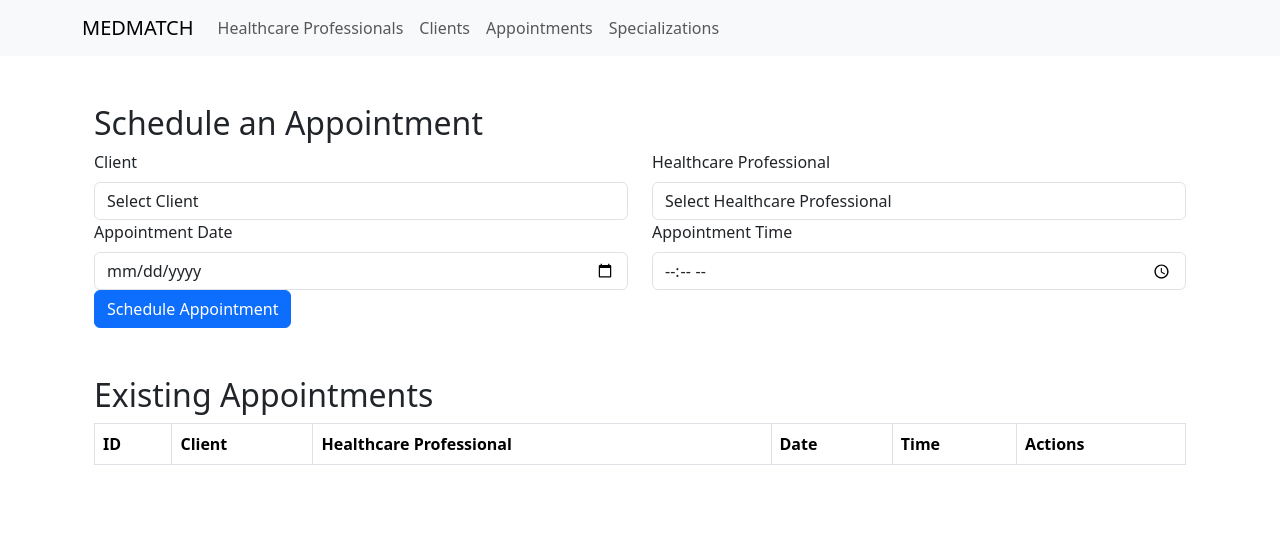
Repository: fahma20/medmatch-platform
Page: /appointments (app in client/)
These files come from the project's save history. The page is drawn as it stood at one moment and after the next save; the edit follows.
The browser window is 1280 px wide. The pictures show the whole page.
The page's requests for data from a server got no answer. The project was rebuilt for these pictures with package versions that can differ from the ones it lists, and the page was loaded fresh each time. No one was signed in, and anything a server would have sent is missing. Also part of the build but not shown: client/src/components/Healthcareprofessionals.js, client/src/components/Specializations.js, client/src/components/Clients.js, client/src/components/Homepage.js.

Above is the page before, as saved 2025-02-01 16:30:44.

### client/src/index.js
import React from "react";
import ReactDOM from "react-dom";
import App from './components/App';  // Correct path to the App component


ReactDOM.render(
  <React.StrictMode>
    <App />
  </React.StrictMode>,
  document.getElementById("root")
);

### client/src/components/App.js
import React from 'react';
import { BrowserRouter as Router, Routes, Route } from 'react-router-dom';
import 'bootstrap/dist/css/bootstrap.min.css';

import HealthcareProfessionals from './Healthcareprofessionals'; // Ensure the correct name and casing
import Specializations from './Specializations';
import Appointments from './Appointments';
import Clients from './Clients';
import Navbar from './Navbar';
import HomePage from './Homepage'; // Corrected import to HomePage

const App = () => {
  return (
    <Router>
      <Navbar /> {/* Your Navbar component */}
      <div className="container mt-5">
        <Routes>
          {/* Add HomePage as the route for the root path */}
          <Route path="/" element={<HomePage />} /> {/* Home Page */}
          <Route path="/clients" element={<Clients />} />
          <Route path="/appointments" element={<Appointments />} />
          <Route path="/specializations" element={<Specializations />} />
          <Route path="/healthcare-professionals" element={<HealthcareProfessionals />} /> {/* Healthcare Professionals Page */}
        </Routes>
      </div>
    </Router>
  );
};

export default App;

### client/src/components/Appointments.js

/*
import React, { useState, useEffect } from 'react';
import { Formik, Field, Form, ErrorMessage } from 'formik';
import * as Yup from 'yup';

const Appointments = () => {
  const [appointments, setAppointments] = useState([]);

  // Fetch appointments
  useEffect(() => {
    const fetchAppointments = async () => {
      try {
        const response = await fetch('http://127.0.0.1:5000/api/appointments');
        const data = await response.json();
        setAppointments(data);
      } catch (error) {
        console.error('Error fetching appointments:', error);
      }
    };
    fetchAppointments();
  }, []);

  // Validation schema for creating/editing appointment
  const validationSchema = Yup.object({
    clientId: Yup.number().required('Client ID is required'),
    doctorId: Yup.number().required('Doctor ID is required'),
    appointmentDate: Yup.date().required('Appointment date is required'),
  });

  // Handle form submission (create new appointment)
  const handleSubmit = async (values, { resetForm }) => {
    try {
      const response = await fetch('http://127.0.0.1:5000/api/appointments', {
        method: 'POST',
        headers: {
          'Content-Type': 'application/json',
        },
        body: JSON.stringify(values),
      });

      if (!response.ok) {
        console.error('Error adding appointment:', response);
        return;
      }

      const newAppointment = await response.json();
      setAppointments((prevAppointments) => [...prevAppointments, newAppointment]);
      resetForm();
    } catch (error) {
      console.error('Error adding appointment:', error);
    }
  };

  // Handle deleting an appointment
  const handleDelete = async (id) => {
    try {
      const response = await fetch(`http://127.0.0.1:5000/api/appointments/${id}`, {
        method: 'DELETE',
      });

      if (!response.ok) {
        console.error('Error deleting appointment:', response);
        return;
      }

      setAppointments((prevAppointments) =>
        prevAppointments.filter((appointment) => appointment.id !== id)
      );
    } catch (error) {
      console.error('Error deleting appointment:', error);
    }
  };

  return (
    <div>
      <h2>Appointments</h2>

      <Formik
        initialValues={{
          clientId: '',
          doctorId: '',
          appointmentDate: '',
        }}
        validationSchema={validationSchema}
        onSubmit={handleSubmit}
      >
        <Form>
          <div className="form-group">
            <label htmlFor="clientId">Client ID</label>
            <Field
              type="number"
              id="clientId"
              name="clientId"
              className="form-control"
            />
            <ErrorMessage name="clientId" component="div" className="text-danger" />
          </div>

          <div className="form-group">
            <label htmlFor="doctorId">Doctor ID</label>
            <Field
              type="number"
              id="doctorId"
              name="doctorId"
              className="form-control"
            />
            <ErrorMessage name="doctorId" component="div" className="text-danger" />
          </div>

          <div className="form-group">
            <label htmlFor="appointmentDate">Appointment Date</label>
            <Field
              type="date"
              id="appointmentDate"
              name="appointmentDate"
              className="form-control"
            />
            <ErrorMessage name="appointmentDate" component="div" className="text-danger" />
          </div>

          <button type="submit" className="btn btn-primary">Add Appointment</button>
        </Form>
      </Formik>

      <div className="mt-4">
        <h3>Appointments List</h3>
        {appointments.length === 0 ? (
          <p>No appointments available.</p>
        ) : (
          appointments.map((appointment) => (
            <div key={appointment.id} className="card mb-3">
              <div className="card-body">
                <h5 className="card-title">Appointment ID: {appointment.id}</h5>
                <p className="card-text">
                  <strong>Client ID:</strong> {appointment.clientId}
                </p>
                <p className="card-text">
                  <strong>Doctor ID:</strong> {appointment.doctorId}
                </p>
                <p className="card-text">
                  <strong>Date:</strong> {new Date(appointment.appointmentDate).toLocaleDateString()}
                </p>
                <button
                  className="btn btn-danger"
                  onClick={() => handleDelete(appointment.id)}
                >
                  Delete
                </button>
              </div>
            </div>
          ))
        )}
      </div>
    </div>
  );
};

export default Appointments;
*/


import React, { useState, useEffect } from 'react';
import { Container, Row, Col, Form, Button, Table } from 'react-bootstrap';

const Appointments = () => {
  const [appointments, setAppointments] = useState([]);
  const [clients, setClients] = useState([]);
  const [healthcareProfessionals, setHealthcareProfessionals] = useState([]);
  const [formData, setFormData] = useState({
    client_id: '',
    healthcare_professional_id: '',
    date: '',
    time: '',
  });

  useEffect(() => {
    fetchAppointments();
    fetchClients();
    fetchHealthcareProfessionals();
  }, []);

  const fetchAppointments = async () => {
    try {
      const response = await fetch('http://127.0.0.1:5000/api/appointments');
      const data = await response.json();
      setAppointments(data);
    } catch (error) {
      console.error('Error fetching appointments', error);
    }
  };

  const fetchClients = async () => {
    try {
      const response = await fetch('http://127.0.0.1:5000/api/clients');
      const data = await response.json();
      setClients(data);
    } catch (error) {
      console.error('Error fetching clients', error);
    }
  };

  const fetchHealthcareProfessionals = async () => {
    try {
      const response = await fetch('http://127.0.0.1:5000/api/healthcare_professionals');
      const data = await response.json();
      setHealthcareProfessionals(data);
    } catch (error) {
      console.error('Error fetching healthcare professionals', error);
    }
  };

  // Converts 24-hour time to 12-hour AM/PM format
  const convertTo12HourFormat = (time) => {
    const [hours, minutes] = time.split(':');
    let hoursInt = parseInt(hours, 10);
    const ampm = hoursInt >= 12 ? 'PM' : 'AM';
    hoursInt = hoursInt % 12;
    hoursInt = hoursInt ? hoursInt : 12; // the hour '0' should be '12'
    return `${hoursInt}:${minutes} ${ampm}`;
  };

  const handleInputChange = (e) => {
    const { name, value } = e.target;
    setFormData({ ...formData, [name]: value });
  };

  const handleSubmit = async (e) => {
    e.preventDefault();

    // Convert the time to 12-hour format with AM/PM
    const formattedTime = convertTo12HourFormat(formData.time);

    const newAppointment = {
      ...formData,
      time: formattedTime,
    };

    try {
      const response = await fetch('http://127.0.0.1:5000/api/appointments', {
        method: 'POST',
        headers: {
          'Content-Type': 'application/json',
        },
        body: JSON.stringify(newAppointment),
      });

      if (response.ok) {
        // Re-fetch the list of appointments
        fetchAppointments();
        setFormData({ client_id: '', healthcare_professional_id: '', date: '', time: '' });
      } else {
        console.error('Error creating appointment');
      }
    } catch (error) {
      console.error('Error creating appointment', error);
    }
  };

  const handleDelete = async (id) => {
    try {
      const response = await fetch(`http://127.0.0.1:5000/api/appointments/${id}`, {
        method: 'DELETE',
      });

      if (response.ok) {
        fetchAppointments();
      } else {
        console.error('Error deleting appointment');
      }
    } catch (error) {
      console.error('Error deleting appointment', error);
    }
  };

  return (
    <Container>
      <h2 className="mt-4">Schedule an Appointment</h2>

      <Form onSubmit={handleSubmit}>
        <Row>
          <Col>
            <Form.Group controlId="client_id">
              <Form.Label>Client</Form.Label>
              <Form.Control
                as="select"
                name="client_id"
                value={formData.client_id}
                onChange={handleInputChange}
                required
              >
                <option value="">Select Client</option>
                {clients.map((client) => (
                  <option key={client.id} value={client.id}>
                    {client.name}
                  </option>
                ))}
              </Form.Control>
            </Form.Group>
          </Col>
          <Col>
            <Form.Group controlId="healthcare_professional_id">
              <Form.Label>Healthcare Professional</Form.Label>
              <Form.Control
                as="select"
                name="healthcare_professional_id"
                value={formData.healthcare_professional_id}
                onChange={handleInputChange}
                required
              >
                <option value="">Select Healthcare Professional</option>
                {healthcareProfessionals.map((professional) => (
                  <option key={professional.id} value={professional.id}>
                    {professional.name}
                  </option>
                ))}
              </Form.Control>
            </Form.Group>
          </Col>
        </Row>

        <Row>
          <Col>
            <Form.Group controlId="date">
              <Form.Label>Appointment Date</Form.Label>
              <Form.Control
                type="date"
                name="date"
                value={formData.date}
                onChange={handleInputChange}
                required
              />
            </Form.Group>
          </Col>
          <Col>
            <Form.Group controlId="time">
              <Form.Label>Appointment Time</Form.Label>
              <Form.Control
                type="time"
                name="time"
                value={formData.time}
                onChange={handleInputChange}
                required
              />
            </Form.Group>
          </Col>
        </Row>

        <Button variant="primary" type="submit">Schedule Appointment</Button>
      </Form>

      <h2 className="mt-5">Existing Appointments</h2>
      <Table striped bordered hover>
        <thead>
          <tr>
            <th>ID</th>
            <th>Client</th>
            <th>Healthcare Professional</th>
            <th>Date</th>
            <th>Time</th>
            <th>Actions</th>
          </tr>
        </thead>
        <tbody>
          {appointments.map((appointment) => (
            <tr key={appointment.id}>
              <td>{appointment.id}</td>
              <td>{appointment.client_id}</td>
              <td>{appointment.healthcare_professional_id}</td>
              <td>{appointment.date}</td>
              <td>{appointment.time}</td>
              <td>
                <Button
                  variant="danger"
                  onClick={() => handleDelete(appointment.id)}
                >
                  Delete
                </Button>
              </td>
            </tr>
          ))}
        </tbody>
      </Table>
    </Container>
  );
};

export default Appointments;

### client/src/components/Navbar.js
/*import React from 'react';
import { Link } from 'react-router-dom';

const Navbar = () => {
  return (
    <nav className="navbar navbar-expand-lg navbar-light bg-light">
      <a className="navbar-brand" href="/">MedMatch</a>
      <div className="collapse navbar-collapse">
        <ul className="navbar-nav ml-auto">
          <li className="nav-item">
            <Link className="nav-link" to="/">Healthcare Professionals</Link>
          </li>
          <li className="nav-item">
            <Link className="nav-link" to="/clients">Clients</Link>
          </li>
          <li className="nav-item">
            <Link className="nav-link" to="/appointments">Appointments</Link>
          </li>
        </ul>
      </div>
    </nav>
  );
};

export default Navbar;
*/

// Navbar.js
import React from 'react';
import { Link } from 'react-router-dom';

const Navbar = () => {
  return (
    <nav className="navbar navbar-expand-lg navbar-light bg-light">
      <div className="container">
        <Link className="navbar-brand" to="/">MEDMATCH</Link>
        <button
          className="navbar-toggler"
          type="button"
          data-bs-toggle="collapse"
          data-bs-target="#navbarNav"
          aria-controls="navbarNav"
          aria-expanded="false"
          aria-label="Toggle navigation"
        >
          <span className="navbar-toggler-icon"></span>
        </button>
        <div className="collapse navbar-collapse" id="navbarNav">
          <ul className="navbar-nav">
            <li className="nav-item">
              <Link className="nav-link" to="/healthcare-professionals">Healthcare Professionals</Link>
            </li>
            <li className="nav-item">
              <Link className="nav-link" to="/clients">Clients</Link>
            </li>
            <li className="nav-item">
              <Link className="nav-link" to="/appointments">Appointments</Link>
            </li>
            <li className="nav-item">
              <Link className="nav-link" to="/specializations">Specializations</Link>
            </li>
          </ul>
        </div>
      </div>
    </nav>
  );
};

export default Navbar;

### client/src/components/Appointments.css
/* Custom styles for the appointments page */
.appointment-container {
    max-width: 1200px;
    margin: 0 auto;
    padding: 20px;
    background-color: #f8f9fa; /* Light gray background */
    border-radius: 10px;
    box-shadow: 0 4px 8px rgba(0, 0, 0, 0.1);
  }

  h2 {
    font-family: 'Montserrat', sans-serif;
    font-weight: 600;
    color: #333;
    text-align: center;
    margin-bottom: 30px;
  }

  button {
    width: 100%;
    padding: 12px;
    font-weight: bold;
    border-radius: 5px;
    border: none;
  }

  button[type="submit"] {
    background-color: #343a40; /* Dark button */
    color: white;
  }

  button[type="submit"]:hover {
    background-color: #23272b; /* Slightly darker on hover */
  }

  .delete-btn {
    background-color: 003049;
    border: none;
    padding: 6px 12px;
    border-radius: 5px;
  }

  .delete-btn:hover {
    background-color: #c82333;
  }

  .form-control {
    border-radius: 5px;
    border-color: #ddd;
  }

Loaded but not shown: client/public/index.html (common file)

After the next save:
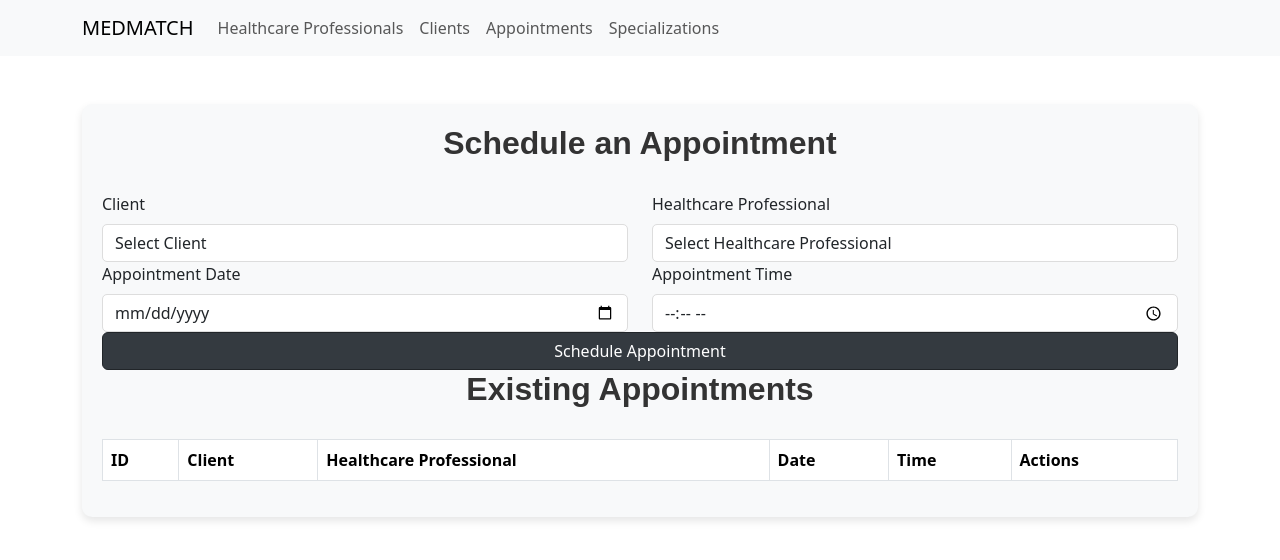
Saved 20 s later.
--- a/client/src/components/Appointments.js
+++ b/client/src/components/Appointments.js
@@ -162,6 +162,7 @@ export default Appointments;
 
 import React, { useState, useEffect } from 'react';
 import { Container, Row, Col, Form, Button, Table } from 'react-bootstrap';
+import './Appointments.css';  // Import the custom CSS file
 
 const Appointments = () => {
   const [appointments, setAppointments] = useState([]);
@@ -210,7 +211,6 @@ const Appointments = () => {
     }
   };
 
-  // Converts 24-hour time to 12-hour AM/PM format
   const convertTo12HourFormat = (time) => {
     const [hours, minutes] = time.split(':');
     let hoursInt = parseInt(hours, 10);
@@ -228,13 +228,8 @@ const Appointments = () => {
   const handleSubmit = async (e) => {
     e.preventDefault();
 
-    // Convert the time to 12-hour format with AM/PM
     const formattedTime = convertTo12HourFormat(formData.time);
-
-    const newAppointment = {
-      ...formData,
-      time: formattedTime,
-    };
+    const newAppointment = { ...formData, time: formattedTime };
 
     try {
       const response = await fetch('http://127.0.0.1:5000/api/appointments', {
@@ -246,8 +241,8 @@ const Appointments = () => {
       });
 
       if (response.ok) {
-        // Re-fetch the list of appointments
-        fetchAppointments();
+        const appointment = await response.json();
+        setAppointments((prevAppointments) => [...prevAppointments, appointment]);
         setFormData({ client_id: '', healthcare_professional_id: '', date: '', time: '' });
       } else {
         console.error('Error creating appointment');
@@ -264,7 +259,7 @@ const Appointments = () => {
       });
 
       if (response.ok) {
-        fetchAppointments();
+        setAppointments(appointments.filter((appointment) => appointment.id !== id));
       } else {
         console.error('Error deleting appointment');
       }
@@ -274,8 +269,8 @@ const Appointments = () => {
   };
 
   return (
-    <Container>
-      <h2 className="mt-4">Schedule an Appointment</h2>
+    <Container className="appointment-container">
+      <h2>Schedule an Appointment</h2>
 
       <Form onSubmit={handleSubmit}>
         <Row>
@@ -346,11 +341,13 @@ const Appointments = () => {
           </Col>
         </Row>
 
-        <Button variant="primary" type="submit">Schedule Appointment</Button>
+        <Button type="submit" variant="dark">
+          Schedule Appointment
+        </Button>
       </Form>
 
-      <h2 className="mt-5">Existing Appointments</h2>
-      <Table striped bordered hover>
+      <h2>Existing Appointments</h2>
+      <Table striped bordered hover responsive>
         <thead>
           <tr>
             <th>ID</th>
@@ -372,6 +369,7 @@ const Appointments = () => {
               <td>
                 <Button
                   variant="danger"
+                  className="delete-btn"
                   onClick={() => handleDelete(appointment.id)}
                 >
                   Delete
